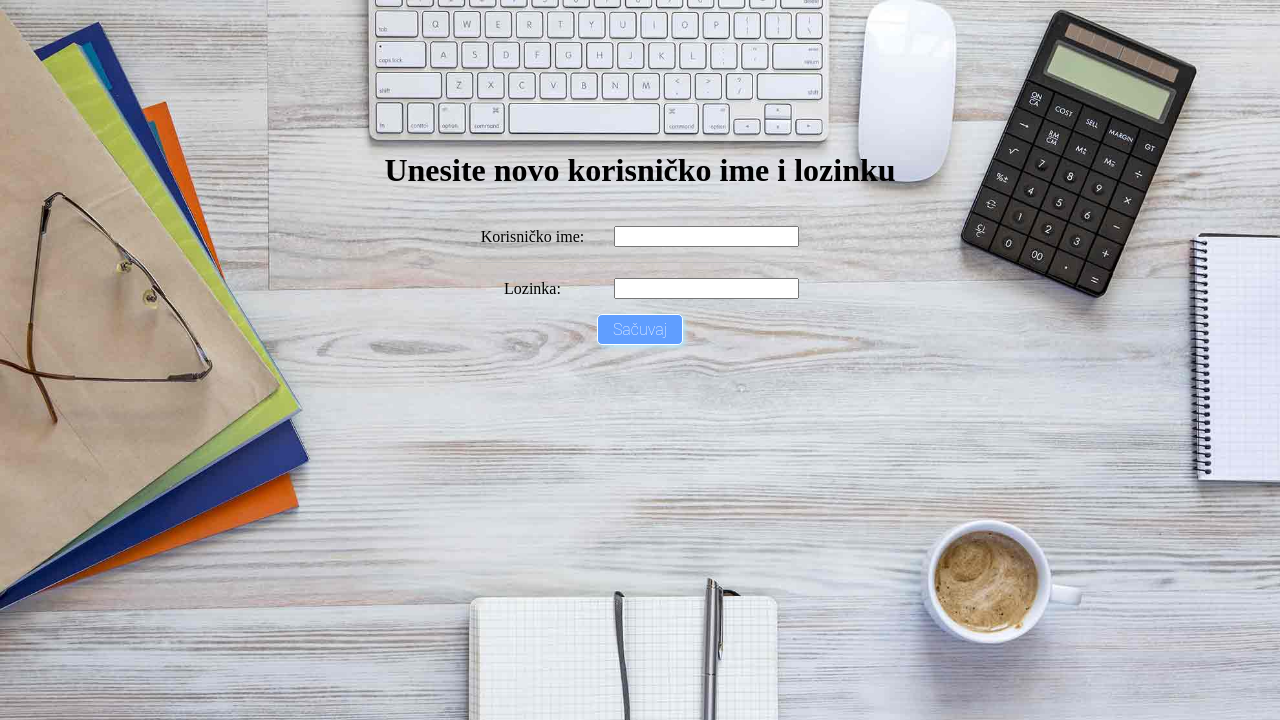
Repository: KristijanPetkovic/java-applet-video-library
Page: Projekti/www.videoteka.com/WebContent/noviKorisnik.html
An editor plug-in stored every save of this project. The page is shown before and after the next save, followed by the edit.
The browser window is 1280 px wide. The pictures show the whole page.

Above is the page before, as saved 2019-01-09 21:18:58.

### Projekti/www.videoteka.com/WebContent/noviKorisnik.html
<!DOCTYPE html>
<html>
	<head>
		<meta http-equiv="content-type" content="text/html; charset=utf-8">
		<title>Otvaranje naloga</title>
		<link rel="stylesheet" href="noviKorisnik.css" >
	</head>
	<body>
		<h1 id="naslov">Unesite novo korisničko ime i lozinku</h1>
		<form action="NoviKorisnikServlet" method="post">
			<table class="center" cellpadding="15px">
				<tr>
					<td>Korisničko ime: </td>
					<td> <input name="ime" type="text"> </td>
				</tr>
				<tr>
					<td>Lozinka: </td>
					<td> <input name="sifra" type="text"> </td>
				</tr>
			</table>
			<input class="color-change" name="sačuvaj" type="submit" value="Sačuvaj">
		</form>
	</body>
</html>

### Projekti/www.videoteka.com/WebContent/noviKorisnik.css
#naslov{
    margin-top:12%;
    }
table.center {
    margin-left:auto;
    margin-right:auto;
    cellpadding:15px;
  }
body {
  background: url(poz.jpg);
  background-repeat:no-repeat;
  background-size:cover;
  text-align:center;
  }
table{
	border-color: rgb(0,0,0);

	border-collapse: collapse;
}
th{
	color: rgb(255, 255, 255);
	background: rgb(0, 0, 0);
	collspan: 2;
}
td{
	border-top: 1pt solid silver;
	padding: 10;
}
ttr:nth-child(odd){
	background: rgb(255, 255, 255);
}
tr:hover{
	background: rgb(96, 158, 255);
}
input:focus{
	background-color: rgb(255, 255, 179);
	border-color: rgb(186, 186, 186);
}
.color-change {
  border-radius: 5px;
  font-size: 20px;
  padding: 5px 15px;
  cursor: pointer;
  color: #fff;
  background-color: rgb(96, 158, 255);
  font-size: 1rem;
  font-family: 'Roboto';
  font-weight: 100;
  border: 1px solid #fff;
  box-shadow: 2px 2px 5px #AFE9FF;
  transition-duration: 0.5s;
  -webkit-transition-duration: 0.5s;
  -moz-transition-duration: 0.5s;
}
.color-change:hover {
  color: #006398;
  border: 1px solid #006398;
  box-shadow: 2px 2px 20px #AFE9FF;
}

button.color-change {
  -webkit-appearance: none;
  -moz-appearance: none;
}

After the next save:
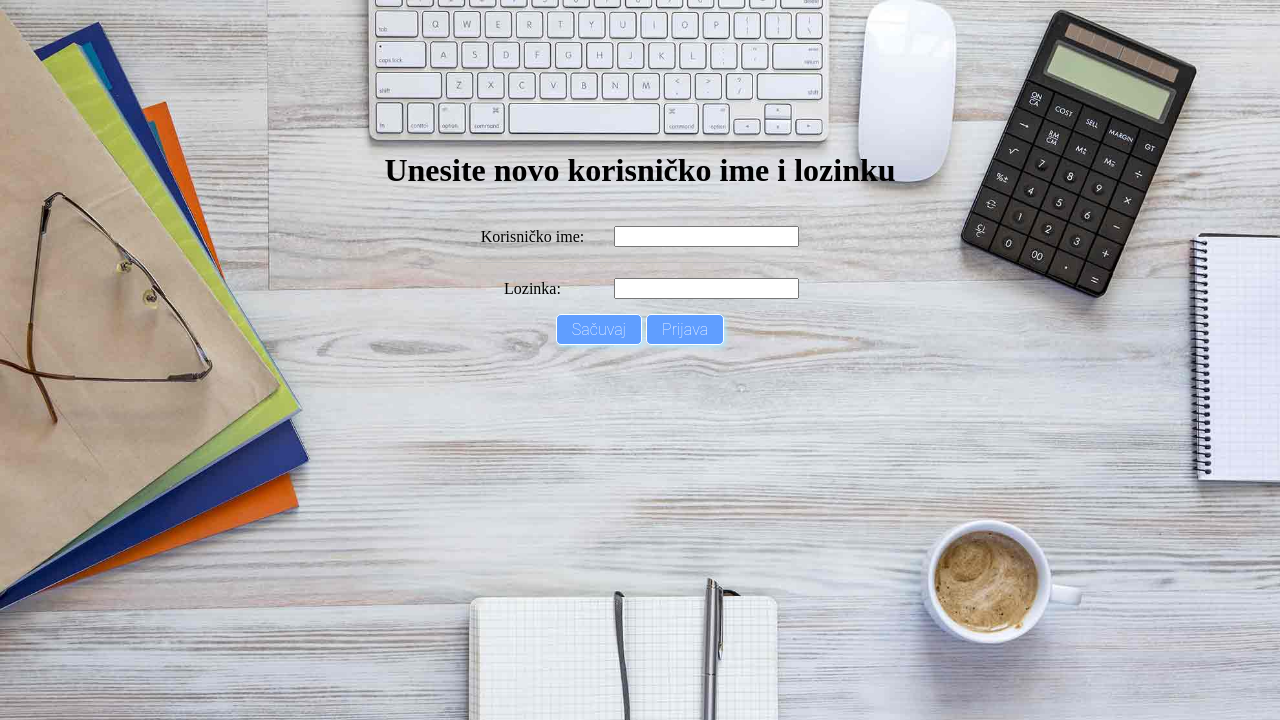
Saved 57 s later.
--- a/Projekti/www.videoteka.com/WebContent/noviKorisnik.html
+++ b/Projekti/www.videoteka.com/WebContent/noviKorisnik.html
@@ -19,6 +19,7 @@
 				</tr>
 			</table>
 			<input class="color-change" name="sačuvaj" type="submit" value="Sačuvaj">
+			<input class="color-change" name="prijava" type="submit" value="Prijava">
 		</form>
 	</body>
 </html>

After the save that followed:
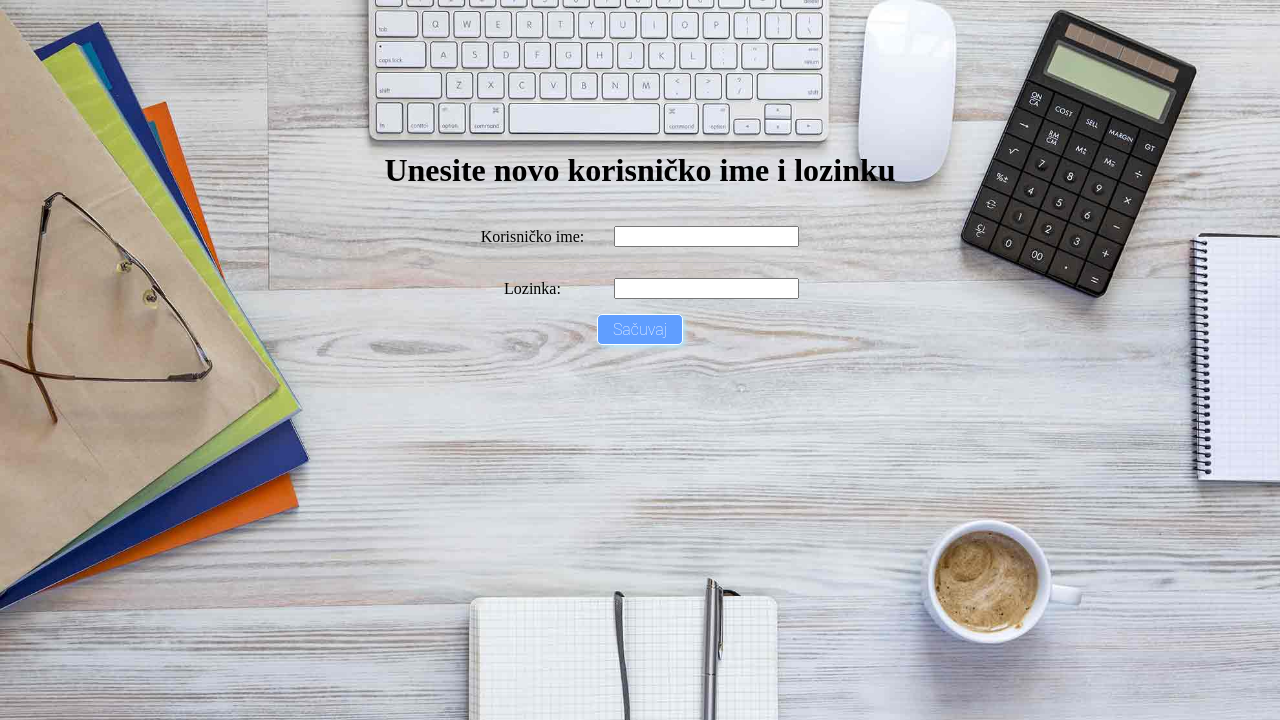
Saved 11 s later.
--- a/Projekti/www.videoteka.com/WebContent/noviKorisnik.html
+++ b/Projekti/www.videoteka.com/WebContent/noviKorisnik.html
@@ -19,7 +19,6 @@
 				</tr>
 			</table>
 			<input class="color-change" name="sačuvaj" type="submit" value="Sačuvaj">
-			<input class="color-change" name="prijava" type="submit" value="Prijava">
 		</form>
 	</body>
 </html>
